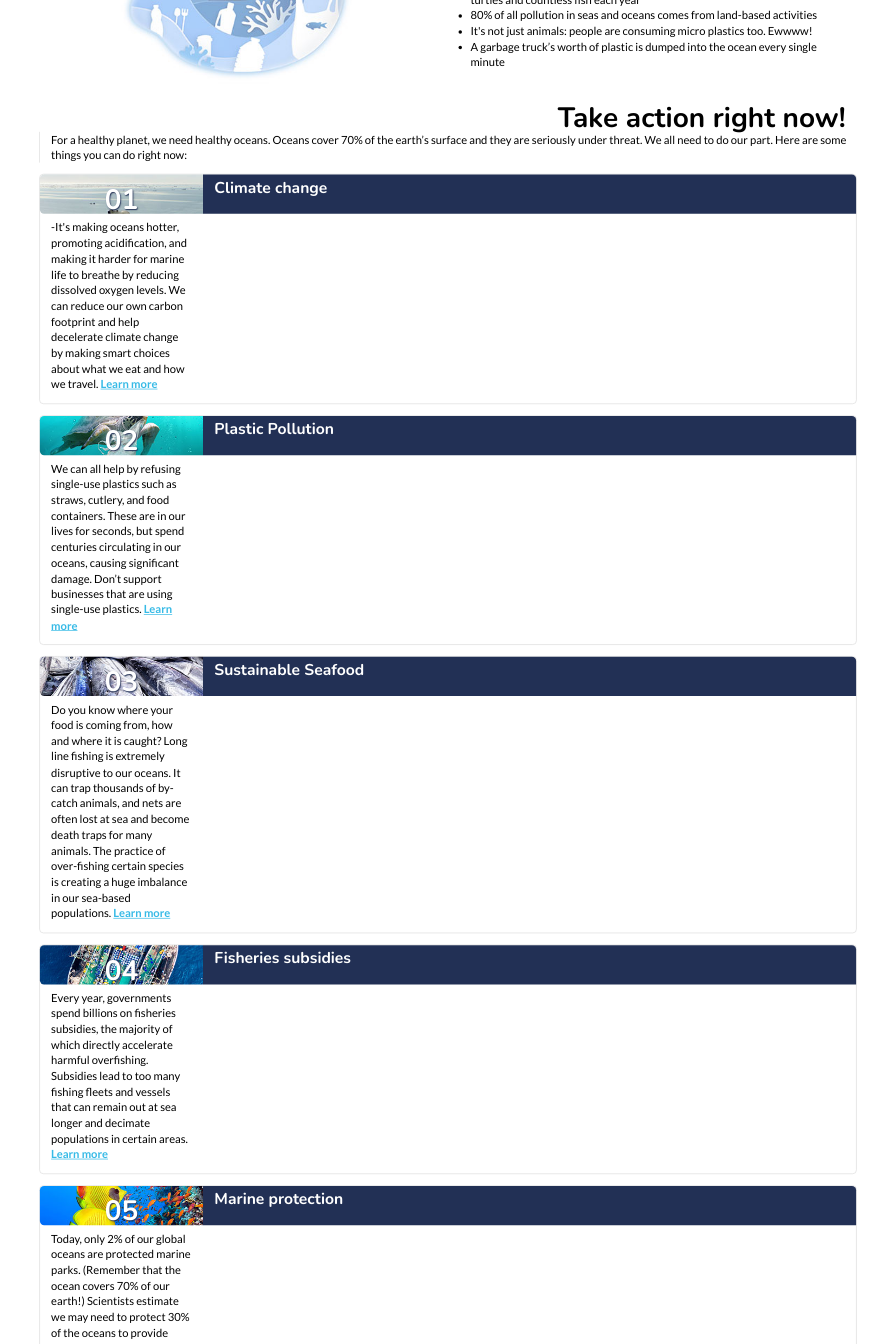
Repository: mariocapitbrok/css-combining-grid-and-flexbox-ch04
Page: 04_11/04_11_start.html
These files come from the project's save history. The page is drawn as it stood at one moment and after the next save; the edit follows.
The browser window is 1280 px wide. The pictures show the part of the page from y = 2935 to 4855 px (the page is 5620 px tall before and 4350 px after), at 70% of full size.

Above is the page before, as saved 2022-10-10 20:38:57.

After the next save:
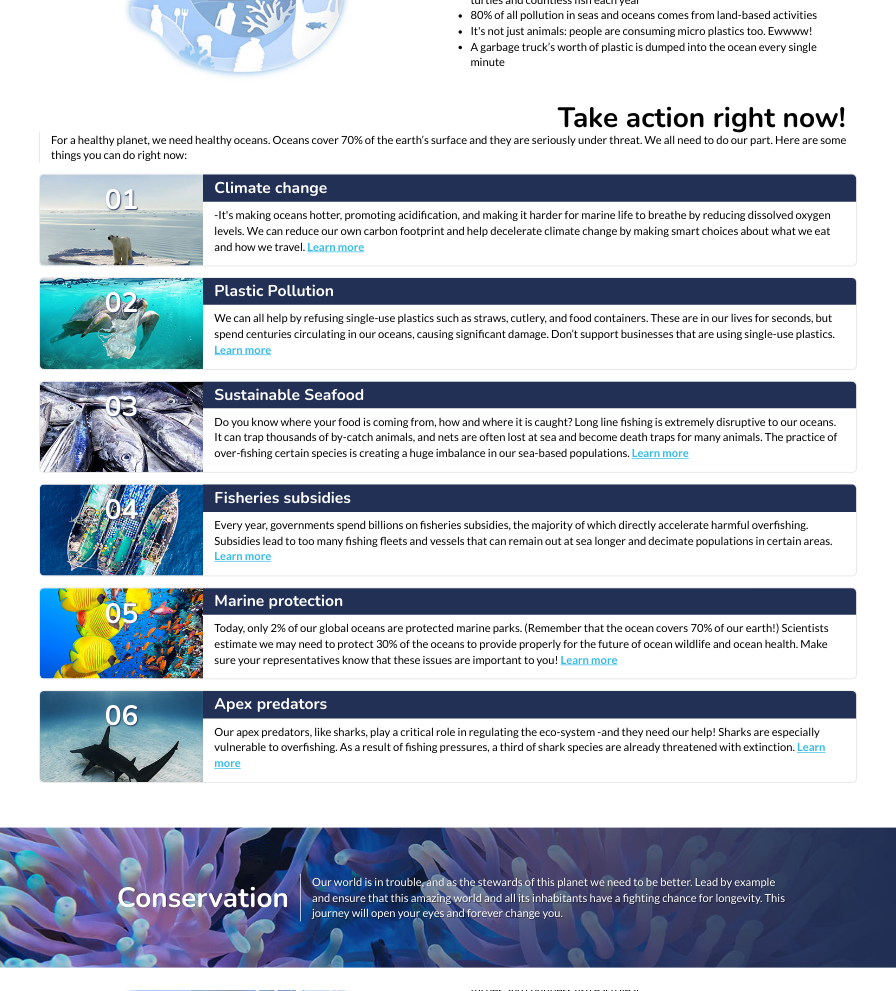
Saved 92 s later.
--- a/04_11/styles/base.css
+++ b/04_11/styles/base.css
@@ -511,6 +511,7 @@ section.problem {
   text-align: center;
   text-shadow: 1px 1px 2px #223055;
   grid-column: 1 / 2;
+  grid-row: span 2;
 }
 
 .action li h4 {
